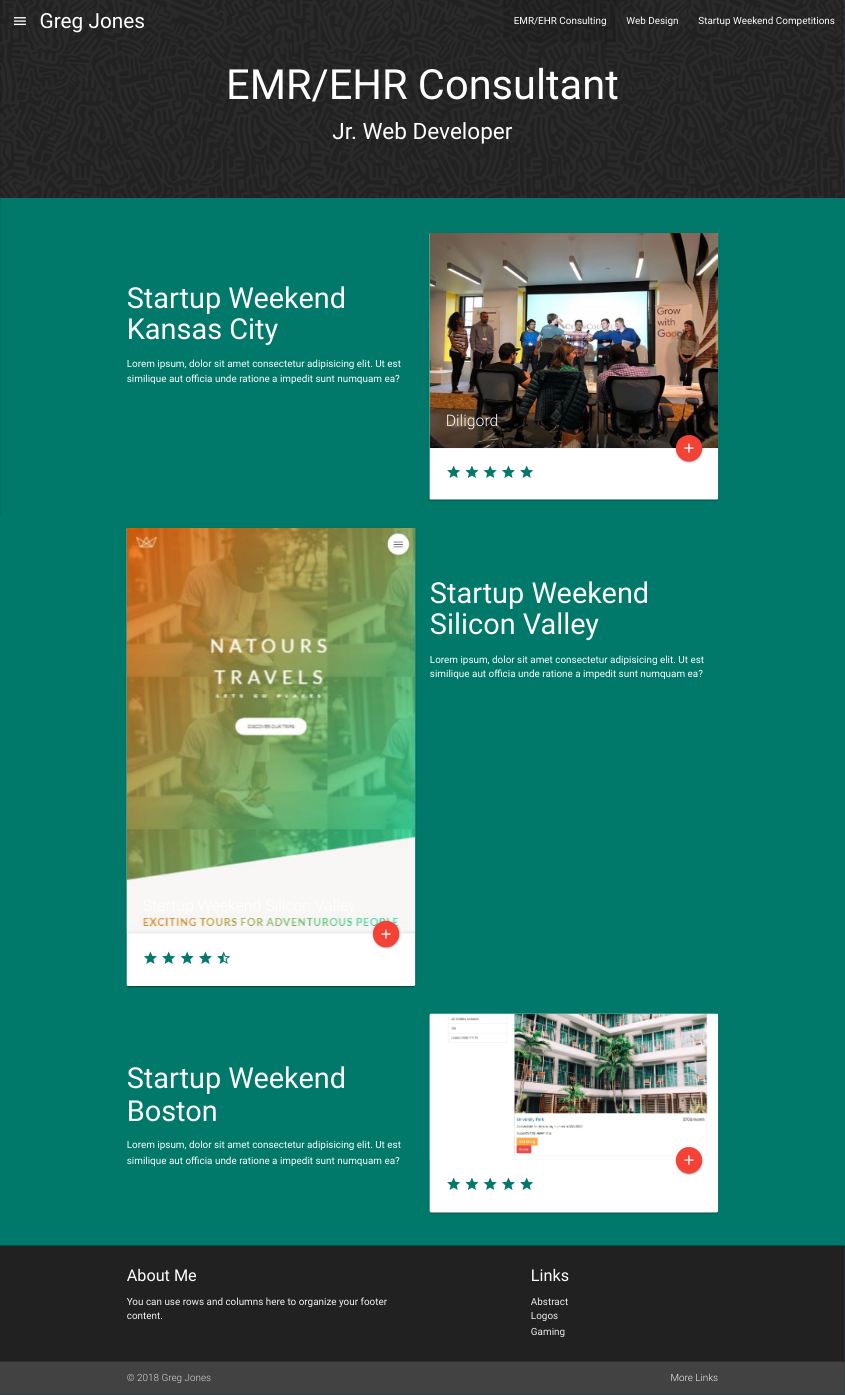
Repository: Greg919617/Existing-Portfolio
Page: sw.html
These files come from the project's save history. The page is drawn as it stood at one moment and after the next save; the edit follows.
The browser window is 1280 px wide. The pictures show the whole page, at 66% of full size.
Some web libraries are served in a nearby version.

Above is the page before, as saved 2018-06-26 17:44:57.

### sw.html
<!DOCTYPE html>
<html>

<head>
  <!--Import Google Icon Font-->
  <link href="https://fonts.googleapis.com/icon?family=Material+Icons" rel="stylesheet">
  <!--Import materialize.css-->
  <link type="text/css" rel="stylesheet" href="css/materialize.min.css" media="screen,projection" />
  <link type="text/css" rel="stylesheet" href="css/main.css" />

  <!--Let browser know website is optimized for mobile-->
  <meta name="viewport" content="width=device-width, initial-scale=1.0" />
  <title>Galappear</title>
</head>

<body>
  <!-- Header -->
  <header class="main-header">
    <nav class="transparent nav-wrapper z-depth-0">
      <div class="nav-wrapper">
        <a href="#" data-activates="mobile-nav" class="button-collapse show-on-large">
          <i class="material-icons">menu</i>
        </a>
        <a href="index.html" class="brand-logo">Greg Jones</a>
        <ul class="right hide-on-med-and-down">
          <li class="active">
            <a href="index.html">EMR/EHR Consulting</a>
          </li>
          <li>
            <a href="web-design.html">Web Design</a>
          </li>
          <li>
            <a href="sw.html">Startup Weekend Competitions</a>
          </li>
        </ul>
      </div>
      <ul class="side-nav" id="mobile-nav">
        <li>
          <a href="index.html">EMR/EHR Consulting</a>
        </li>
        <li>
          <a href="web-design.html">Web Design</a>
        </li>
        <li>
          <a href="sw.html">Startup Weekend Competitions</a>
        </li>
      </ul>
    </nav>
    <h1 class="center">EMR/EHR Consultant</h1>
    <h4 class="center">Jr. Web Developer</h4>
  </header>

  <!-- Section: Main -->
  <section class="section section-main">
    <div class="container">
      <!-- Row 1 -->
      <div class="row row-1">
        <div class="col m6 hide-on-small-only">
          <div class="img-content">
            <h3>Startup Weekend Kansas City</h3>
            Lorem ipsum, dolor sit amet consectetur adipisicing elit. Ut est similique aut officia unde ratione a impedit sunt numquam
            ea?
          </div>
        </div>
        <div class="col m6">
          <div class="card">
            <div class="card-image">
              <img src="img/gallery/pozitiv.jpg" alt="">
              <span class="card-title">Diligord</span>
              <a href="#abstract1" class="btn-floating halfway-fab waves-effect waves-light red modal-trigger">
                <i class="material-icons">add</i>
              </a>
            </div>
            <div class="card-content">
              <p>
                <i class="material-icons">star</i>
                <i class="material-icons">star</i>
                <i class="material-icons">star</i>
                <i class="material-icons">star</i>
                <i class="material-icons">star</i>
              </p>
            </div>
          </div>
        </div>
      </div>

      <!-- Row 2 -->
      <div class="row row-2">
        <div class="col m6">
          <div class="card">
            <div class="card-image">
              <img src="img/gallery/natoursheaderfinal.jpg" alt="">
              <span class="card-title">Startup Weekend Silicon Valley</span>
              <a href="#abstract2" class="btn-floating halfway-fab waves-effect waves-light red modal-trigger">
                <i class="material-icons">add</i>
              </a>
            </div>
            <div class="card-content">
              <p>
                <i class="material-icons">star</i>
                <i class="material-icons">star</i>
                <i class="material-icons">star</i>
                <i class="material-icons">star</i>
                <i class="material-icons">star_half</i>
              </p>
            </div>
          </div>
        </div>
        <div class="col m6 hide-on-small-only">
          <div class="img-content">
            <h3>Startup Weekend Silicon Valley</h3>
            Lorem ipsum, dolor sit amet consectetur adipisicing elit. Ut est similique aut officia unde ratione a impedit sunt numquam
            ea?
          </div>
        </div>
      </div>

      <!-- Row 3 -->
      <div class="row row-3">
        <div class="col m6 hide-on-small-only">
          <div class="img-content">
            <h3>Startup Weekend Boston</h3>
            Lorem ipsum, dolor sit amet consectetur adipisicing elit. Ut est similique aut officia unde ratione a impedit sunt numquam
            ea?
          </div>
        </div>
        <div class="col m6">
          <div class="card">
            <div class="card-image">
              <img src="img/gallery/apartment.jpg" alt="">
              <span class="card-title">Recogged</span>
              <a href="#abstract3" class="btn-floating halfway-fab waves-effect waves-light red modal-trigger">
                <i class="material-icons">add</i>
              </a>
            </div>
            <div class="card-content">
              <p>
                <i class="material-icons">star</i>
                <i class="material-icons">star</i>
                <i class="material-icons">star</i>
                <i class="material-icons">star</i>
                <i class="material-icons">star</i>
              </p>
            </div>
          </div>
        </div>
      </div>
    </div>
  </section>

  <!-- Footer -->
  <footer class="page-footer">
    <div class="container">
      <div class="row">
        <div class="col l6 s12">
          <h5 class="white-text">About Me</h5>
          <p class="grey-text text-lighten-4">You can use rows and columns here to organize your footer content.</p>
        </div>
        <div class="col l4 offset-l2 s12">
          <h5 class="white-text">Links</h5>
          <ul>
            <li>
              <a class="grey-text text-lighten-3" href="index.html">Abstract</a>
            </li>
            <li>
              <a class="grey-text text-lighten-3" href="logos.html">Logos</a>
            </li>
            <li>
              <a class="grey-text text-lighten-3" href="gaming.html">Gaming</a>
            </li>

          </ul>
        </div>
      </div>
    </div>
    <div class="footer-copyright">
      <div class="container">
        © 2018 Greg Jones
        <a class="grey-text text-lighten-4 right" href="#!">More Links</a>
      </div>
    </div>
  </footer>

  <!-- Modal 1 -->
  <div id="gaming1" class="modal">
    <div class="modal-content">
      <h4>Clossyo</h4>
      <img src="img/gallery/gaming1.jpg" alt="" class="responsive-img"> Lorem ipsum dolor sit amet consectetur adipisicing elit. Ipsum deleniti animi laboriosam, quisquam minus recusandae
      saepe delectus maxime a reiciendis!
    </div>
    <div class="modal-footer">
      <p>
        <i class="material-icons">star</i>
        <i class="material-icons">star</i>
        <i class="material-icons">star</i>
        <i class="material-icons">star</i>
        <i class="material-icons">star_half</i>
      </p>
    </div>
  </div>

  <!-- Modal 2 -->
  <div id="gaming2" class="modal">
    <div class="modal-content">
      <h4>Voyflen</h4>
      <img src="img/gallery/gaming2.jpg" alt="" class="responsive-img"> Lorem ipsum dolor sit amet consectetur adipisicing elit. Ipsum deleniti animi laboriosam, quisquam minus recusandae
      saepe delectus maxime a reiciendis!
    </div>
    <div class="modal-footer">
      <p>
        <i class="material-icons">star</i>
        <i class="material-icons">star</i>
        <i class="material-icons">star</i>
        <i class="material-icons">star</i>
        <i class="material-icons">star</i>
      </p>
    </div>
  </div>

  <!-- Modal 3 -->
  <div id="gaming3" class="modal">
    <div class="modal-content">
      <h4>Rendann</h4>
      <img src="img/gallery/gaming3.jpg" alt="" class="responsive-img"> Lorem ipsum dolor sit amet consectetur adipisicing elit. Ipsum deleniti animi laboriosam, quisquam minus recusandae
      saepe delectus maxime a reiciendis!
    </div>
    <div class="modal-footer">
      <p>
        <i class="material-icons">star</i>
        <i class="material-icons">star</i>
        <i class="material-icons">star</i>
        <i class="material-icons">star</i>
        <i class="material-icons">star</i>
      </p>
    </div>
  </div>

  <!--Import jQuery before materialize.js-->
  <script type="text/javascript" src="https://code.jquery.com/jquery-3.2.1.min.js"></script>
  <script type="text/javascript" src="js/materialize.min.js"></script>
  <script>
    $(document).ready(function () {
      // Init Sidenav
      $('.button-collapse').sideNav();

      // Init Modal
      $('.modal').modal();

      // Scrollfire
      const options = [
        {
          selector: '.row-1', offset: 50, callback: function (el) {
            Materialize.fadeInImage($(el));
          }
        },
        {
          selector: '.row-2', offset: 300, callback: function (el) {
            Materialize.fadeInImage($(el));
          }
        },
        {
          selector: '.row-3', offset: 400, callback: function (el) {
            Materialize.fadeInImage($(el));
          }
        }
      ];

      Materialize.scrollFire(options);

    });
  </script>
</body>

</html>

Loaded but not shown: css/materialize.min.css (library); css/main.css (library); js/materialize.min.js (library)

After the next save:
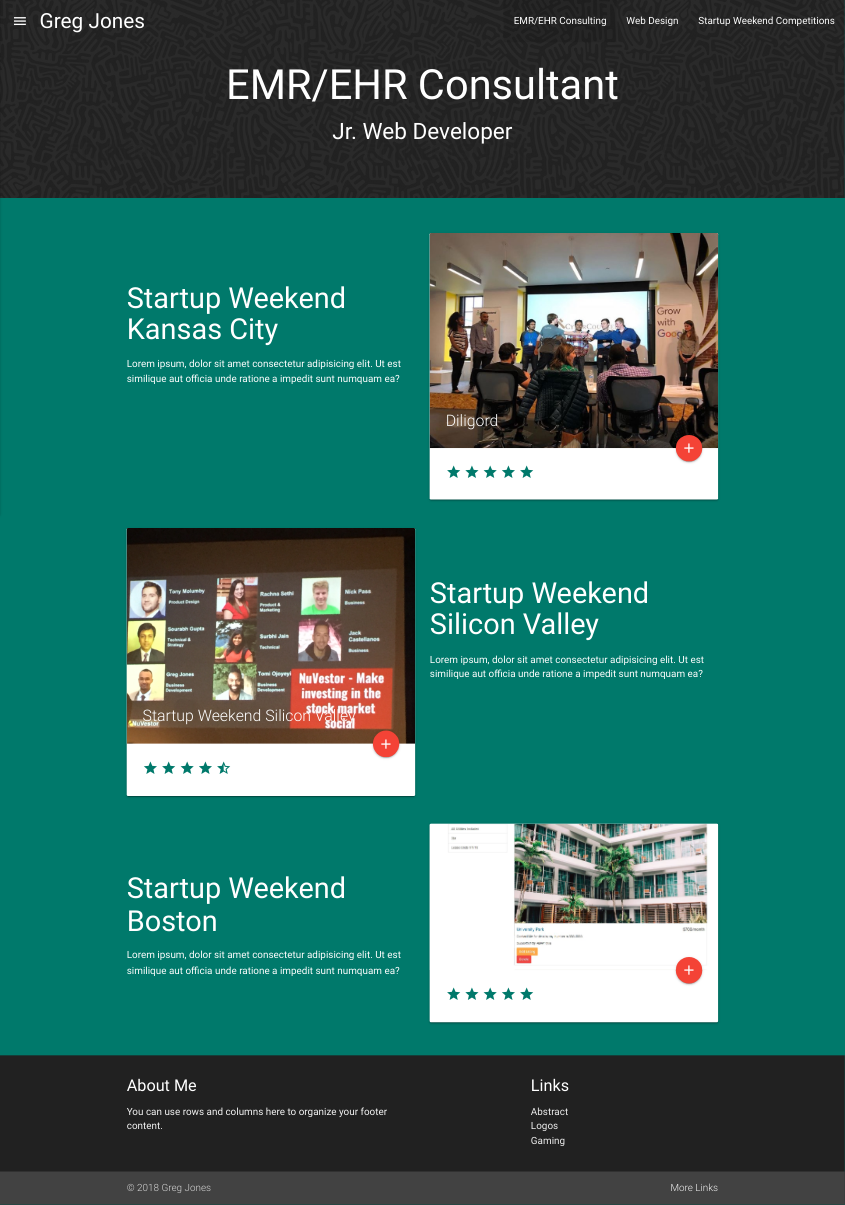
Saved 51 s later.
--- a/sw.html
+++ b/sw.html
@@ -89,7 +89,7 @@
         <div class="col m6">
           <div class="card">
             <div class="card-image">
-              <img src="img/gallery/natoursheaderfinal.jpg" alt="">
+              <img src="img/gallery/nuvestor.jpg" alt="">
               <span class="card-title">Startup Weekend Silicon Valley</span>
               <a href="#abstract2" class="btn-floating halfway-fab waves-effect waves-light red modal-trigger">
                 <i class="material-icons">add</i>
